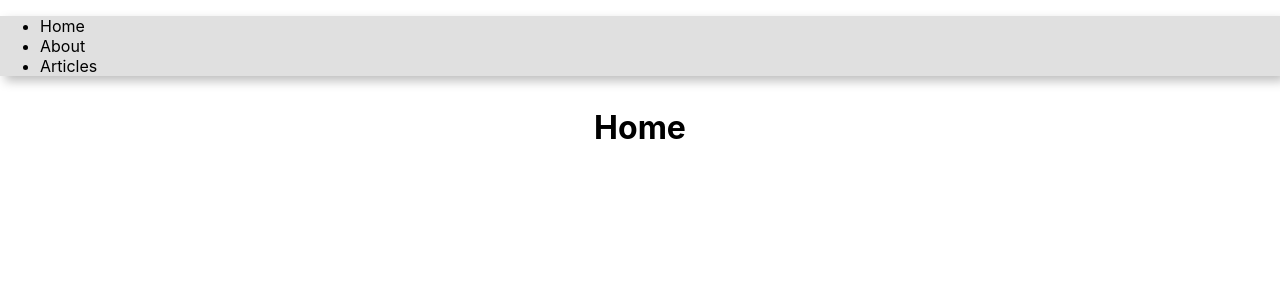
Repository: ShindanoSingi/react-software-architecture-course
Page: /
An editor plug-in stored every save of this project. The page is shown before and after the next save, followed by the edit.
The browser window is 1280 px wide. The pictures show the whole page.
The project was rebuilt for these pictures with package versions that can differ from the ones it lists, and the page was loaded fresh each time. Also part of the build but not shown: src/pages/About.js, src/pages/Articles.js.

Above is the page before, as saved 2022-12-25 20:05:22.

### src/App.js
import './App.css';
import { Routes, Route, NavLink } from 'react-router-dom';
import Home from './pages/Home';
import About from './pages/About';
import Articles from './pages/Articles';


function App() {
  return (
    <>
      <nav className='nav-bar'>
      <ul>
        <li>Home</li>
        <li>About</li>
        <li>Articles</li>
      </ul>
    </nav>
      <Routes>
        <Route path='/' element={<Home />}/>
        <Route path='about' element={<About />}/>
        <Route path='articles' element={<Articles />}/>
      </Routes>
    </>
  );
}

export default App;

### src/App.css
h1 {
    text-align: center;
    margin: 0rem;
    padding: 0.5em;
}

.nav-bar {
    border-radius: 0px;
    background: #e0e0e0;
    box-shadow: 5px 5px 10px #bebebe,
        -5px -5px 10px #ffffff;
}

.container {
    max-width: 80em;
    background-color: beige;
    margin: 0 auto;
    height: 100vh;
}

Loaded but not shown: public/index.html (common file); src/index.js (common file); src/index.css (common file); src/reportWebVitals.js (common file); src/pages/Home.js (common file)

After the next save:
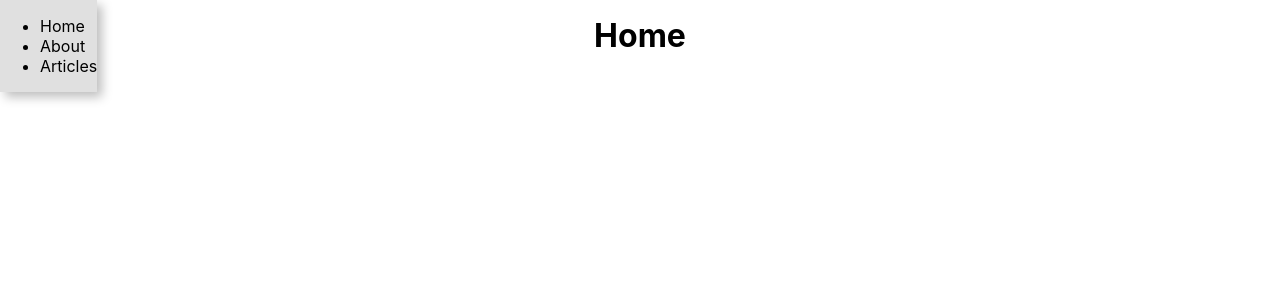
Saved 31 s later.
--- a/src/App.css
+++ b/src/App.css
@@ -5,6 +5,8 @@
 }
 
 .nav-bar {
+    position: fixed;
+    top: 0;
     border-radius: 0px;
     background: #e0e0e0;
     box-shadow: 5px 5px 10px #bebebe,

After the save that followed:
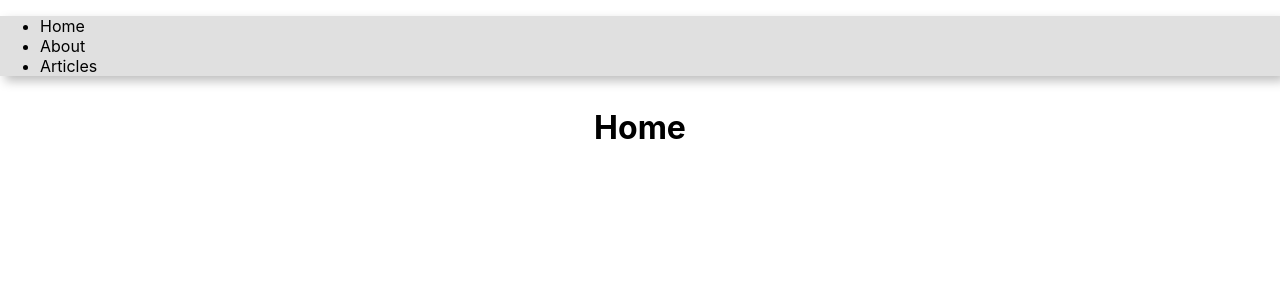
Saved 16 s later.
--- a/src/App.css
+++ b/src/App.css
@@ -5,7 +5,7 @@
 }
 
 .nav-bar {
-    position: fixed;
+    position: relative;
     top: 0;
     border-radius: 0px;
     background: #e0e0e0;
